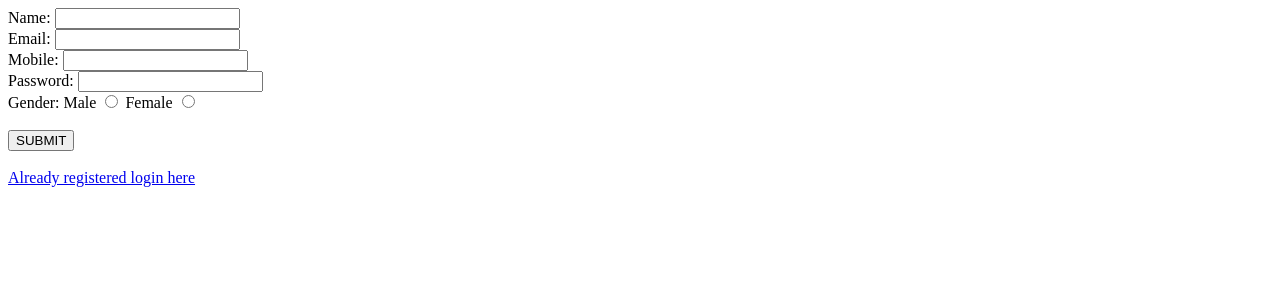
Repository: Mahalakshmigowda12/ServletProject
Page: todo_app/src/main/webapp/signup.html
These files come from the project's save history. The page is drawn as it stood at one moment and after the next save; the edit follows.
The browser window is 1280 px wide. The pictures show the whole page.

Above is the page before, as saved 2024-02-05 06:28:19.

### todo_app/src/main/webapp/signup.html
<!DOCTYPE html>
<html>
<head>
<meta charset="ISO-8859-1">
<title>Insert title here</title>
</head>
<body>
<form action="signup">
Name: <input type="text" name="nam"><br>
Email: <input type="text" name="email"><br>
Mobile: <input type="number" name="mobile"><br>
Password: <input type="password" name="password"> <br>
Gender: Male <input type="radio" name="gender" value="male"> Female <input type="radio" name="gender" value="female"><br>
<br>
<button>SUBMIT</button>
<br>
<br>
<a href="login.html">Already registered login here</a>
</form>
</body>
</html>

After the next save:
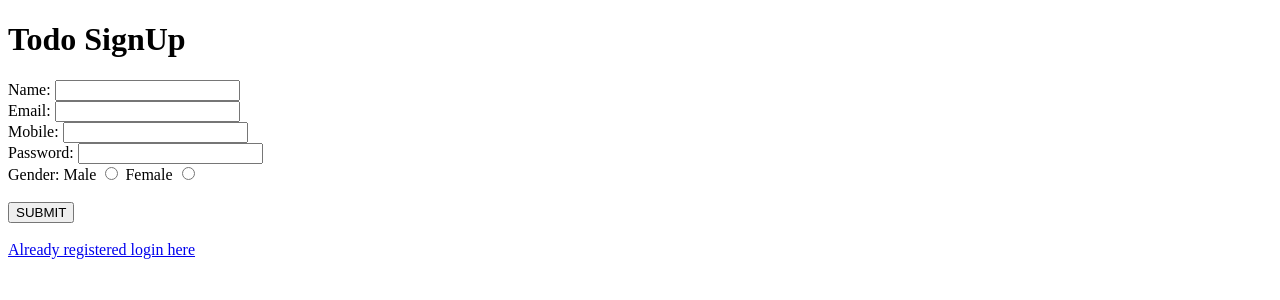
Saved 3 min 52 s later.
--- a/todo_app/src/main/webapp/signup.html
+++ b/todo_app/src/main/webapp/signup.html
@@ -5,6 +5,7 @@
 <title>Insert title here</title>
 </head>
 <body>
+<h1>Todo SignUp</h1>
 <form action="signup">
 Name: <input type="text" name="nam"><br>
 Email: <input type="text" name="email"><br>
